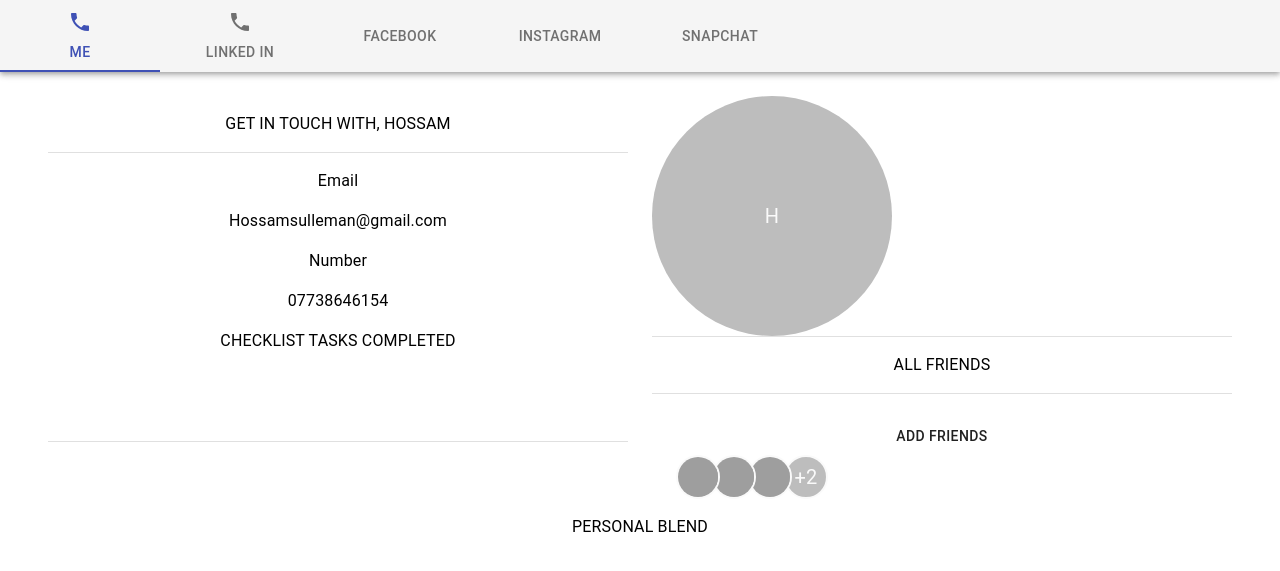
Repository: hossamsulleman1/CONTACTME
Page: / (app in my-app/)
These files come from the project's save history. The page is drawn as it stood at one moment and after a run of saves; the edit follows.
The browser window is 1280 px wide. The pictures show the whole page.
Pictures or frames that could not be fetched are drawn as grey boxes. The project was rebuilt for these pictures with package versions that can differ from the ones it lists, and the page was loaded fresh each time. Also part of the build but not shown: my-app/src/Components/PageProp.jsx.

Above is the page before, as saved 2020-11-08 10:50:12.

After the next 2 saves:
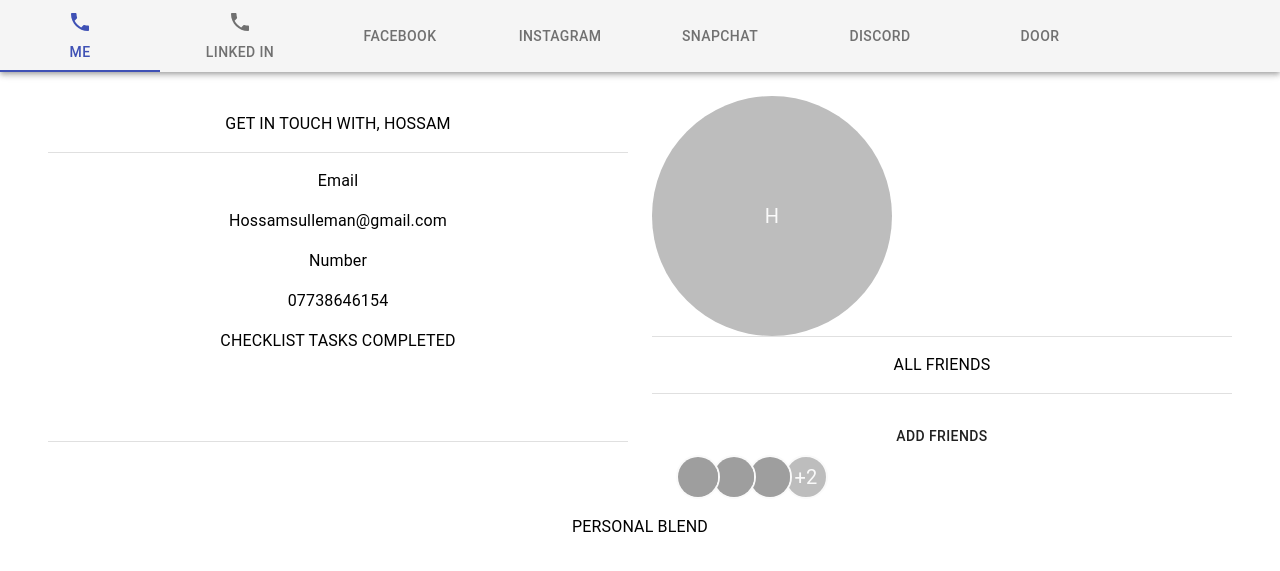
The 2 saves are shown as one change because they came seconds apart.
The last was saved 7 s later.
--- a/my-app/src/Components/IconNav.jsx
+++ b/my-app/src/Components/IconNav.jsx
@@ -79,8 +79,8 @@ export default function IconNav() {
           <Tab label="Facebook" {...a11yProps(2)} />
           <Tab label="Instagram" {...a11yProps(3)} />
           <Tab label="Snapchat" {...a11yProps(4)} />
-          <Tab label="" {...a11yProps(5)} />
-          <Tab label="" {...a11yProps(6)} />
+          <Tab label="Discord" {...a11yProps(5)} />
+          <Tab label="DOOR" {...a11yProps(6)} />
         </Tabs>
       </AppBar>
       <TabPanel value={value} index={0}>
